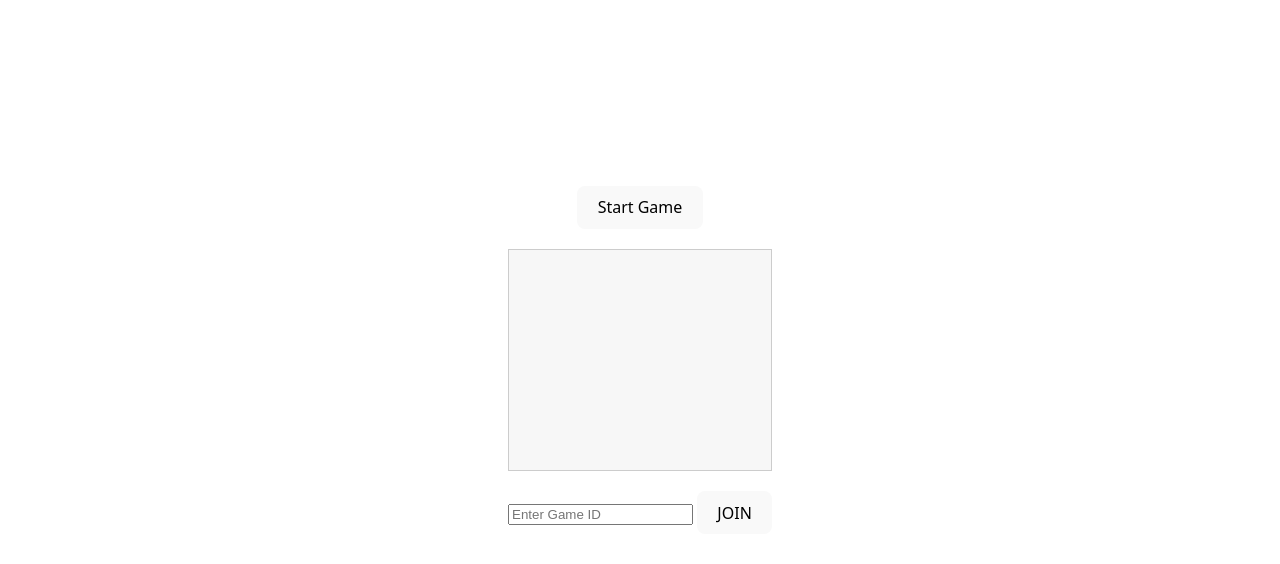
Repository: Sadotib/cloud-games
Page: / (app in client/)
These files come from the project's save history. The page is drawn as it stood at one moment and after the next save; the edit follows.
The browser window is 1280 px wide. The pictures show the whole page.
The project was rebuilt for these pictures with package versions that can differ from the ones it lists, and the page was loaded fresh each time. Also part of the build but not shown: client/vite.config.js.

Above is the page before, as saved 2025-12-05 21:29:25.
Console error: TypeError: Cannot read properties of null (reading 'addEventListener')

### client/index.html
<!doctype html>
<html lang="en">
  <head>
    <meta charset="UTF-8" />
    <meta name="viewport" content="width=device-width, initial-scale=1.0" />
    <title>cloud game</title>
  </head>
  <body>
    <div id="app"></div>
    <script type="module" src="src/main.js"></script>
  </body>
</html>

### client/src/main.js
import './style.css'
import { startNewGame } from './api/newgame.js'
import { joinGame } from './api/joingame.js'
import { quitGame } from './api/quitgame.js'

document.querySelector('#app').innerHTML = `
  <div>
    <button id="startBtn">Start Game</button>


    <pre id="log" style="
      margin-top:20px;
      border:1px solid #ccc;
      padding:10px;
      height:200px;
      overflow-y:auto;
      background:#f7f7f7;
      color: grey;
      text-align: left;
    ">
    </pre>

    <div style="margin-top:20px;">
      <input id="gameIdInput" placeholder="Enter Game ID" />
      <button id="joinBtn">JOIN</button>
    </div>

  </div>
`

startNewGame()

joinGame()

quitGame()

### client/src/api/newgame.js
import { connectWebSocket } from "./websocket.js"


let playerId = "bitopan"

export function addLog(msg) {
    const logBox = document.getElementById("log")
    logBox.textContent += msg + "\n"
    logBox.scrollTop = logBox.scrollHeight
}

export function startNewGame() {
    const startBtn = document.getElementById("startBtn")
    startBtn.addEventListener("click", async () => {
        console.log("Starting game...");
        addLog("Starting game...");

        try {
            const response = await fetch("http://localhost:8080/game/create/", {
                method: "GET",
                headers: {
                    "Content-Type": "application/json"
                }
            });

            const data = await response.json();
            console.log("Game created:", data);
            addLog("Game created with ID: " + data.gameId);

            const gameId = data.gameId;

            connectWebSocket("create", gameId, playerId);

            // alert(`Game created with ID: ${data.gameId}`);
        } catch (error) {
            console.error("Error creatin game:", error);
        }
    });

}

### client/src/api/joingame.js
import { connectWebSocket } from './websocket.js'
import { addLog } from './newgame.js'

let playerId = "sadotib"
export function joinGame(element) {

    const joinBtn = document.getElementById("joinBtn")



    joinBtn.addEventListener("click", async () => {
        const gameId = document.getElementById("gameIdInput").value

        console.log("Game ID to join:", gameId);

        if (!gameId) {
            alert("No Game ID provided")
            return
        }

        console.log("Joining game...");
        addLog("Joining game...");

        try {
            connectWebSocket("join",gameId, playerId);

            // alert(`Game created with ID: ${data.gameId}`);
        } catch (error) {
            console.error("Error joining game:", error);
        }
    });

}

### client/src/api/quitgame.js
import { connectWebSocket, disconnectWebSocket } from './websocket.js'
import { addLog } from './newgame.js'

let playerId = "sadotib"
export function quitGame() {

    const quitBtn = document.getElementById("quitBtn")

    quitBtn.addEventListener("click", async () => {
        console.log("Quitting game...");
        addLog("Quitting game...");

        try {
            disconnectWebSocket(playerId);

            // alert(`Game created with ID: ${data.gameId}`);
        } catch (error) {
            console.error("Error quitting game:", error);
        }
    });

}

### client/src/api/websocket.js
import { addLog } from "./newgame.js"
import { showGameScreen } from "../ui.js"


let socket = null;

export function connectWebSocket(action, gameId, playerId) {

    const wsUrl = `ws://localhost:8080/ws/${action}/${gameId}/${playerId}`
    addLog("Connecting WebSocket → " + wsUrl)

    socket = new WebSocket(wsUrl)

    socket.onopen = () => {

        addLog("WebSocket CONNECTED")

        showGameScreen(gameId, playerId);   // ⬅ open game screen here!
    }
    socket.onclose = () => addLog("WebSocket DISCONNECTED")
    socket.onerror = (err) => addLog("WebSocket ERROR: " + err)
    socket.onmessage = (event) => {
        addLog("Received → " + event.data)
        alert(`Server: ${event.data}`);
    }
    // // STEP 3: Send a WebSocket message
    // sendBtn.addEventListener("click", () => {
    //     if (!socket || socket.readyState !== WebSocket.OPEN) {
    //         addLog("Cannot send message: WebSocket not open")
    //         return
    //     }

    //     const text = document.getElementById("msgInput").value
    //     const msg = JSON.stringify({
    //         type: "chat",
    //         from: playerId,
    //         text: text
    //     })

    //     socket.send(msg)
    //     addLog("Sent → " + text)
    // })
}

export function disconnectWebSocket(playerId) {
    if (!socket) {
        console.log("No active WebSocket to disconnect");
        addLog("No active WebSocket to disconnect");
        return;
    }

    if (socket.readyState === WebSocket.OPEN) {
        socket.close(1000, `${playerId} closed connection`);
        console.log(`WebSocket CLOSED by ${playerId}`);
        addLog(`WebSocket CLOSED by ${playerId}`);
    } else {
        console.log("WebSocket was not open");
        addLog("WebSocket was not open");
    }

    socket = null; // optional: cleanup
}

### client/src/ui.js
export function showGameScreen(gameId, playerId) {
    const appDiv = document.getElementById("app");
    appDiv.innerHTML = `
        <div>
            <h2>Game ID: ${gameId}</h2>
            <h3>Player ID: ${playerId}</h3>
            <button id="quitBtn">Quit Game</button>
            <div id="log" style="white-space: pre-wrap; border: 1px solid #ccc; height: 300px; overflow-y: scroll; margin-top: 10px;"></div>
        </div>
    `;
}

Loaded but not shown: client/src/style.css (common file)

After the next save:
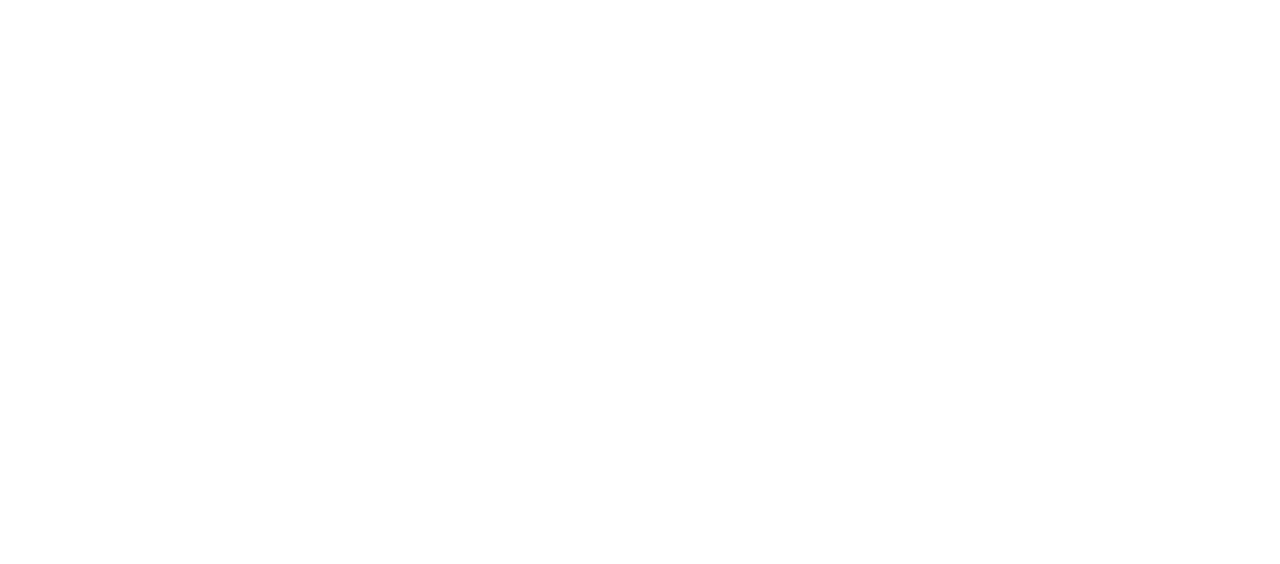
Console error: ReferenceError: quitGame is not defined
Saved 73 min 2 s later.
--- a/client/src/ui.js
+++ b/client/src/ui.js
@@ -9,3 +9,5 @@ export function showGameScreen(gameId, playerId) {
         </div>
     `;
 }
+
+quitGame()

After the 4 saves that followed:
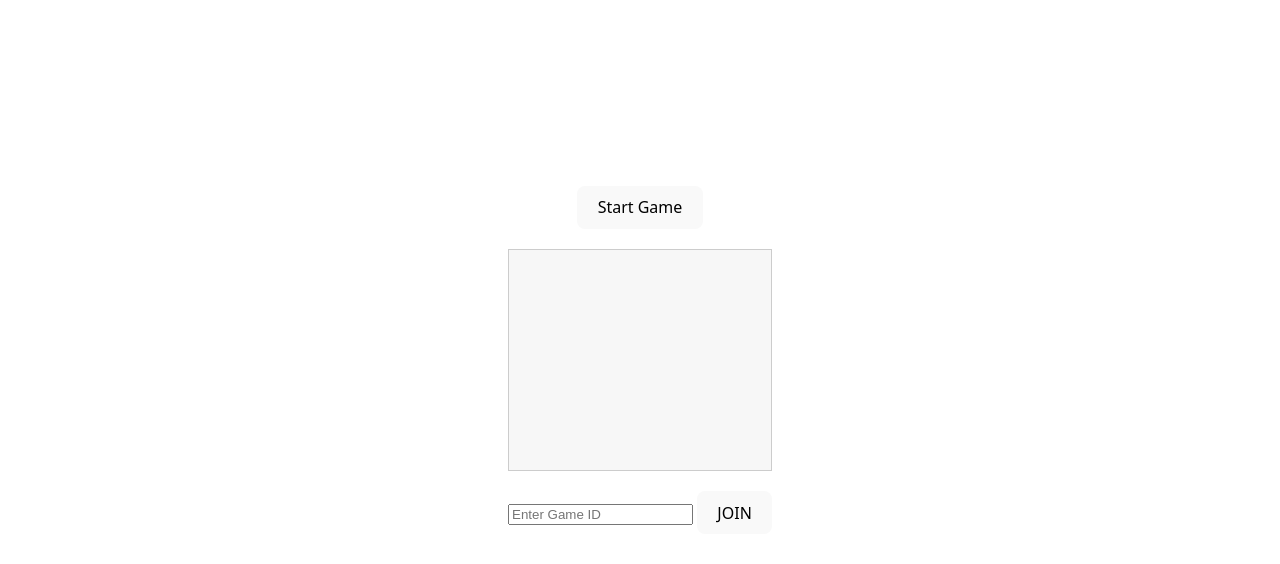
The error is gone.
The 4 saves are shown as one change because 3 left the picture as it was.
The last was saved 2 min 41 s later.
--- a/client/src/main.js
+++ b/client/src/main.js
@@ -1,7 +1,7 @@
 import './style.css'
 import { startNewGame } from './api/newgame.js'
 import { joinGame } from './api/joingame.js'
-import { quitGame } from './api/quitgame.js'
+
 
 document.querySelector('#app').innerHTML = `
   <div>
@@ -31,5 +31,3 @@ document.querySelector('#app').innerHTML = `
 startNewGame()
 
 joinGame()
-
-quitGame()
--- a/client/src/ui.js
+++ b/client/src/ui.js
@@ -1,3 +1,5 @@
+import { quitGame } from './api/quitgame.js'
+
 export function showGameScreen(gameId, playerId) {
     const appDiv = document.getElementById("app");
     appDiv.innerHTML = `
@@ -8,6 +10,5 @@ export function showGameScreen(gameId, playerId) {
             <div id="log" style="white-space: pre-wrap; border: 1px solid #ccc; height: 300px; overflow-y: scroll; margin-top: 10px;"></div>
         </div>
     `;
+    quitGame();
 }
-
-quitGame()
